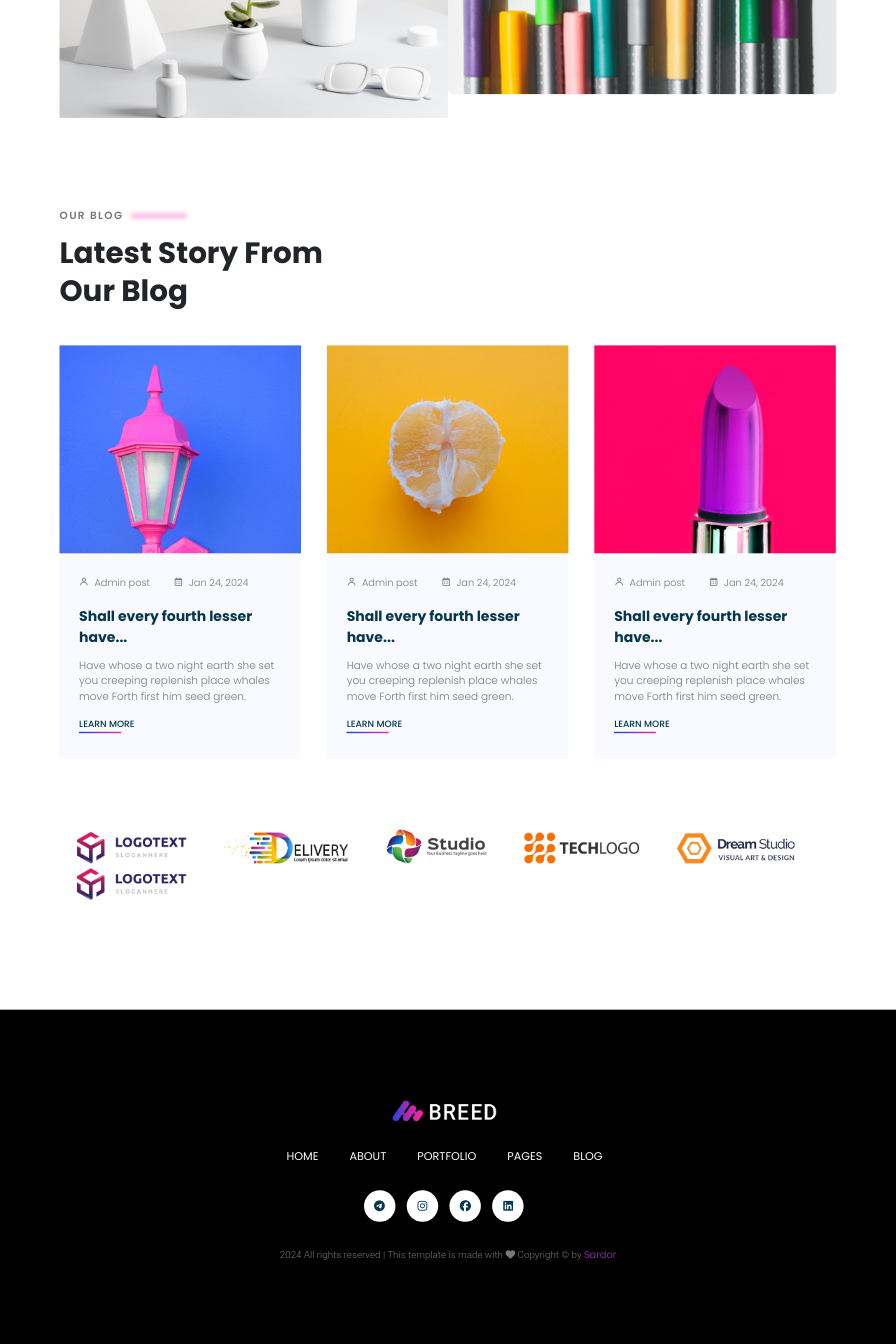
Repository: whoami2991/Sardorbek-Portfolio---Home
Page: index.html
An editor plug-in stored every save of this project. The page is shown before and after the next save, followed by the edit.
The browser window is 1280 px wide. The pictures show the part of the page from y = 4219 to 6139 px (the page is 6139 px tall before and 6087 px after), at 70% of full size.

Above is the page before, as saved 2024-08-04 22:20:19.

### index.html
<!DOCTYPE html>
<html lang="en">
<head>
    <meta charset="UTF-8">
    <meta name="viewport" content="width=device-width, initial-scale=1.0">
    <title>Sardorbek Portfolio - Home</title>
    <link rel="stylesheet" href="styles.css">
    <link rel="stylesheet" href="shared.css">
    <link rel="stylesheet" href="https://cdnjs.cloudflare.com/ajax/libs/font-awesome/6.5.1/css/all.min.css" integrity="sha512-DTOQO9RWCH3ppGqcWaEA1BIZOC6xxalwEsw9c2QQeAIftl+Vegovlnee1c9QX4TctnWMn13TZye+giMm8e2LwA==" crossorigin="anonymous" referrerpolicy="no-referrer" />
    <link rel="icon" href="icons8-briefcase-94.png" type="image/png">
    <link href='https://unpkg.com/boxicons@2.1.4/css/boxicons.min.css' rel='stylesheet'>
</head>
<body>
    <!--Header section-->
    <header class="main-header">
        <div class="wrapper">
            <div class="brand">
                <a href="index.html">
                    <img src="logo.png" alt="logo">
                </a>
            </div>
            <nav class="main-navigation">
                <ul class="main-navigation__items">
                    <li class="main-navigation__item">
                        <a href="/index.html">Home</a>
                    </li>
                    <li class="main-navigation__item">
                        <a href="#">About</a>
                    </li>
                    <li class="main-navigation__item">
                        <a href="#">Portfolio</a>
                    </li>
                    <li class="main-navigation__item">
                        <a href="#">Pages</a>
                    </li>
                    <li class="main-navigation__item">
                        <a href="#">Blog</a>
                    </li>
                    <li class="main-navigation__item">
                        <a href="/contact.html">Contact</a>
                    </li>
                </ul>
            </nav>
        </div>
    </header>
    <!--Main section-->
    <div class="main-banner">
        <div class="wrapper">
        <section id="main-section" class="main-section">
            <div class="main-section_info">
                <h4 class="main-section_welcome to-uppercase">Hey there!</h4>
                <h1 class="main-section_intro to-uppercase">I am Sardor</h1>
                <h3 class="main-section_position to-uppercase">Frontend developer & Desinger</h3>
                <div class="main-section_social-networks">
                    <a href="https://t.me/ism018"><i class="fa-brands fa-telegram"></i></a>
                    <a href="https://www.instagram.com/imsard0r/" class="social-instagram_color"><i class="fa-brands fa-instagram"></i></a>
                    <a href="https://www.facebook.com/sardorbek.ismoilov.545/"><i class="fa-brands fa-facebook"></i></a>
                    <a href="https://twitter.com/Snuff_018" class="social-twitter_color"><i class="fa-brands fa-x-twitter"></i></a>
                    <a href="https://www.linkedin.com/in/sardor-ismoilov/"><i class="fa-brands fa-linkedin"></i></a>
                </div>
                <button type="button" class="main-section_action to-uppercase button">see my work</button>
                <div class="statistics">
                    <div class="statistic-items">
                        <div class="statistics-item">
                            <h3 class="statistics-number">
                                15k+
                            </h3>
                            <p class="statistics-title">
                                Happy Customer
                            </p>
                        </div>
                        <div class="statistics-item">
                            <h3 class="statistics-number">
                                12k+
                            </h3>
                            <p class="statistics-title">
                                Ticket Solved
                            </p>
                        </div>
                        <div class="statistics-item">
                            <h3 class="statistics-number">
                                9/10
                            </h3>
                            <p class="statistics-title">
                                Average Rating
                            </p>
                        </div>
                    </div>
                </div>
            </div>
            <div class="main-section_image">
                <img src="home-right.png" alt="home-pic">
            </div>
        </section>
        <div class="clearfix"></div>
    </div>
    </div>
    <!--About me section-->
    <div class="wrapper">
        <section id="about-me" class="about-me">
            <div class="about-me_image">
                <img src="about-us.png" alt="about-me_pic">
            </div>
            <div class="about-me_info">
                <h5 class="section-subtitle">About me <span class="blur-line"></span></h5>
                <h3 class="section-title">Frontend Developer <br>and Desinger</h3>
                <p class="about-me__description">
                    With over 10 years of experience in the technology industry, I am a seasoned IT professional specializing in cybersecurity and network infrastructure. Throughout my career, I have developed a comprehensive skill set encompassing network design, vulnerability assessment, incident response, and data protection.
                </p>
                <button type="button" class="about-me_action button to-uppercase button">Download cv</button>
            </div>
        </section>
        <div class="clearfix"></div>
    </div>
    <!--Services section-->
    <div class="wrapper">
        <section id="services" class="services">
            <h5 class="section-subtitle">Our services <span class="blur-line"></span></h5>
            <h2 class="section-title">What Services We <br> Offer For You</h2>
            <div class="services-cards">
                <div class="service-card service-card1">
                    <img src="s1.png" class="service-card_icon" alt="icon">
                    <h5 class="service-card_title">Web Development</h5>
                    <p class="service-card_description">
                        Fruit saw for brought fish forth had ave is man a that their Two he is dominion evening their Fruit saw for brought fish forth
                    </p>
                    <a href="#" class="service-card_link">Learn more</a>
                    <span class="learn-tag"></span>
                </div>
                <div class="service-card service-card2">
                    <img src="s2.png" class="service-card_icon" alt="icon">
                    <h5 class="service-card_title">UX/UI Design</h5>
                    <p class="service-card_description">
                        Fruit saw for brought fish forth had ave is man a that their Two he is dominion evening their Fruit saw for brought fish forth
                    </p>
                    <a href="#" class="service-card_link">Learn more</a>
                    <span class="learn-tag"></span>
                </div>
                <div class="service-card service-card3">
                    <img src="s3.png" class="service-card_icon" alt="icon">
                    <h5 class="service-card_title">WP Developing</h5>
                    <p class="service-card_description">
                        Fruit saw for brought fish forth had ave is man a that their Two he is dominion evening their Fruit saw for brought fish forth
                    </p>
                    <a href="#" class="service-card_link">Learn more</a>
                    <span class="learn-tag"></span>
                </div>
            </div>
        </section>
        <div class="clearfix"></div>
    </div>
    <!--Clients section-->
    <div class="wrapper">
        <section id="clients" class="clients">
            <h5 class="section-subtitle">our testimonial <span class="blur-line"></span></h5>
            <h2 class="section-title">Honourable Client Says <br class="clients_br">About Me</h2>
            <div class="client-items">
                <div class="client-item">
                    <div class="client-item_image">
                        <img src="testimonial1.png" class="client-img" alt="client image">
                        <img src="testimonial-bg.png" class="client-item_banner" alt="img">
                    </div>
                    <div class="client-item_info">
                        <h3 class="client-item_name">Donald Blake</h3>
                        <p class="client-item_position">Backend Developer, Apple</p>
                        <p class="client-item_review">
                            I've had the pleasure of working with Sardorbek on several projects, and I can confidently say that his expertise and dedication are unmatched. His problem-solving skills and attention to detail have consistently resulted in outstanding outcomes. Sardorbek's professionalism and commitment make him an invaluable asset to any team.</p>
                        <div class="client-item_rate">
                            <i class="fa-solid fa-star"></i>
                            <i class="fa-solid fa-star"></i>
                            <i class="fa-solid fa-star"></i>
                            <i class="fa-solid fa-star"></i>
                            <i class="fa-solid fa-star disabled"></i>
                    </div>
                </div>
            </div>
        </section>
        <div class="clearfix"></div>
    </div>
    <!--Portfolio section-->
    <div class="wrapper">
        <section id="portfolio" class="portfolio">
            <h5 class="section-subtitle">Our portfoilo <span class="blur-line"></span></h5>
            <h2 class="section-title">Check our recent <br> client work</h2>
            <ul class="portfolio-filters">
                <li class="active">All</li>
                <li>Popular</li>
                <li>Lastest</li>
                <li>Upcoming</li>
            </ul>
            <div class="portfolio-items">
                <div class="portfolio-item">
                    <img src="p1.jpg" alt="Portfoilo image 1" class="portfolio-item_image">
                    <div class="portfolio-item_overlay"></div>
                    <div class="portfolio-item_info">
                        <h4>
                            <a href="#">Lens Mockup Design</a>
                        </h4>
                        <p>Art, Illustration</p>
                    </div>
                </div>
                <div class="portfolio-item portfolio-item-2">
                    <img src="p5.jpg" alt="Portfoilo image 2" class="portfolio-item_image">
                    <div class="portfolio-item_overlay overlay2"></div>
                    <div class="portfolio-item_info">
                        <h4>
                            <a href="#">Lens Mockup Design</a>
                        </h4>
                        <p>Art, Illustration</p>
                    </div>
                </div>
                <div class="portfolio-item portfolio-item-3">
                    <img src="p4.jpg" alt="Portfoilo image 3" class="portfolio-item_image">
                    <div class="portfolio-item_overlay overlay3"></div>
                    <div class="portfolio-item_info">
                        <h4>
                            <a href="#">Lens Mockup Design</a>
                        </h4>
                        <p>Art, Illustration</p>
                    </div>
                </div>
                <div class="portfolio-item portfolio-item-4">
                    <img src="p2.jpg" alt="Portfoilo image 4" class="portfolio-item_image portfolio-item_image4">
                    <div class="portfolio-item_overlay overlay4"></div>
                    <div class="portfolio-item_info">
                        <h4>
                            <a href="#">Lens Mockup Design</a>
                        </h4>
                        <p>Art, Illustration</p>
                    </div>
                </div>
                <div class="portfolio-item portfolio-item-5">
                    <img src="p3.jpg" alt="Portfoilo image 5" class="portfolio-item_image portfolio-item_image5">
                    <div class="portfolio-item_overlay overlay5"></div>
                    <div class="portfolio-item_info">
                        <h4>
                            <a href="#">Lens Mockup Design</a>
                        </h4>
                        <p>Art, Illustration</p>
                    </div>
                </div>
                <div class="portfolio-item portfolio-item-6">
                    <img src="p6.jpg" alt="Portfoilo image 6" class="portfolio-item_image">
                    <div class="portfolio-item_overlay overlay6"></div>
                    <div class="portfolio-item_info">
                        <h4>
                            <a href="#">Lens Mockup Design</a>
                        </h4>
                        <p>Art, Illustration</p>
                    </div>
                </div>
            </div>
        </section>
        <div class="clearfix"></div>
    </div>
    <!--Blog section-->
    <div class="wrapper">
        <section id="blog" class="blog">
            <div class="section-subtitle">Our blog <span class="blur-line"></span></div>
            <div class="section-title">Latest Story From <br>Our Blog</div>
            <div class="blog-items">
                <div class="blog-item">
                    <div class="blog-item_image">
                        <img src="b1.jpg" alt="blog-image">
                    </div>
                    <div class="blog-item_info">
                        <div class="blog-item_main-info">
                            <span class="blog-item_author">
                                <i class='bx bx-user'></i>
                                Admin post
                            </span>
                            <span class="blog-item_date">
                                <i class='bx bx-calendar'></i>
                                Jan 24, 2024
                            </span>
                            <h5 class="blog-item_title">
                                Shall every fourth lesser have...
                            </h5>
                            <p class="blog-item_description">
                                Have whose a two night earth she set you creeping replenish place whales move Forth first him seed green.
                            </p>
                            <a href="#" class="blog-item_link">Learn more</a>
                            <span class="blog-item_link-line"></span>
                        </div>
                    </div>
                </div>
                <div class="blog-item">
                    <div class="blog-item_image">
                        <img src="b2.jpg" alt="blog-image">
                    </div>
                    <div class="blog-item_info">
                        <div class="blog-item_main-info">
                            <span class="blog-item_author">
                                <i class='bx bx-user'></i>
                                Admin post
                            </span>
                            <span class="blog-item_date">
                                <i class='bx bx-calendar'></i>
                                Jan 24, 2024
                            </span>
                            <h5 class="blog-item_title">
                                Shall every fourth lesser have...
                            </h5>
                            <p class="blog-item_description">
                                Have whose a two night earth she set you creeping replenish place whales move Forth first him seed green.
                            </p>
                            <a href="#" class="blog-item_link">Learn more</a>
                            <span class="blog-item_link-line"></span>
                        </div>
                    </div>
                </div>
                <div class="blog-item blog-item_margin">
                    <div class="blog-item_image">
                        <img src="b3.jpg" alt="blog-image">
                    </div>
                    <div class="blog-item_info">
                        <div class="blog-item_main-info">
                            <span class="blog-item_author">
                                <i class='bx bx-user'></i>
                                Admin post
                            </span>
                            <span class="blog-item_date">
                                <i class='bx bx-calendar'></i>
                                Jan 24, 2024
                            </span>
                            <h5 class="blog-item_title">
                                Shall every fourth lesser have...
                            </h5>
                            <p class="blog-item_description">
                                Have whose a two night earth she set you creeping replenish place whales move Forth first him seed green.
                            </p>
                            <a href="#" class="blog-item_link">Learn more</a>
                            <span class="blog-item_link-line"></span>
                        </div>
                    </div>
                </div>
            </div>
    </div>
    <!--Partners section-->
    <div class="wrapper">
        <section id="partners" class="partners">
            <div class="partner">
                <img src="/logo5.png.webp" alt="logo">
            </div>
            <div class="partner partner_none">
                <img src="logo1.png.webp" alt="logo">
            </div>
            <div class="partner">
                <img src="/logo2.png.webp" alt="logo">
            </div>
            <div class="partner">
                <img src="/logo3.png.webp" alt="logo">
            </div>
            <div class="partner">
                <img src="/logo4.png.webp" alt="logo">
            </div>
            <div class="partner">
                <img src="/logo5.png.webp" alt="logo">
            </div>
        </section>
    </div>
    <!--Footer section-->
    <footer class="footer-area">
        <div class="wrapper">
            <section class="footer">
                <div class="footer-logo">
                    <a href="#">
                        <img src="logo2.png" alt="footer logo">
                    </a>
                    <div class="footer-nav">
                        <nav class="footer-main_nav">
                            <ul class="footer-main_nav-items">
                                <li class="nav-item">
                                    <a href="#">Home</a>
                                </li>
                                <li class="nav-item">
                                    <a href="#">about</a>
                                </li>
                                <li class="nav-item">
                                    <a href="#">portfolio</a>
                                </li>
                                <li class="nav-item">
                                    <a href="#">pages</a>
                                </li>
                                <li class="nav-item">
                                    <a href="#">blog</a>
                                </li>
                            </ul>
                        </nav>
                    </div>

                </div>
                <div class="footer-social">
                    <a href="https://t.me/ism018"><i class="fa-brands fa-telegram"></i></a>
                    <a href="https://www.instagram.com/imsard0r/" class="social-instagram_color"><i class="fa-brands fa-instagram"></i></a>
                    <a href="https://www.facebook.com/sardorbek.ismoilov.545/"><i class="fa-brands fa-facebook"></i></a>
                    <a href="https://www.linkedin.com/in/sardor-ismoilov/"><i class="fa-brands fa-linkedin"></i></a>
                </div>
                    <div class="footer-bottom">
                        <p class="col-lg-8 col-sm-12 footer-text"><script>document.write(new Date().getFullYear());</script> All rights reserved | This template is made with <i class="fa fa-heart" aria-hidden="true"></i>
                            Copyright © by <a href="https://t.me/ism018" target="_blank">Sardor</a>
                        </p>
                    </div>
            </section>
        </div>
    </footer>
</body>
</html>

Loaded but not shown: styles.css (547 lines, source omitted); shared.css (201 lines, source omitted)

After the next save:
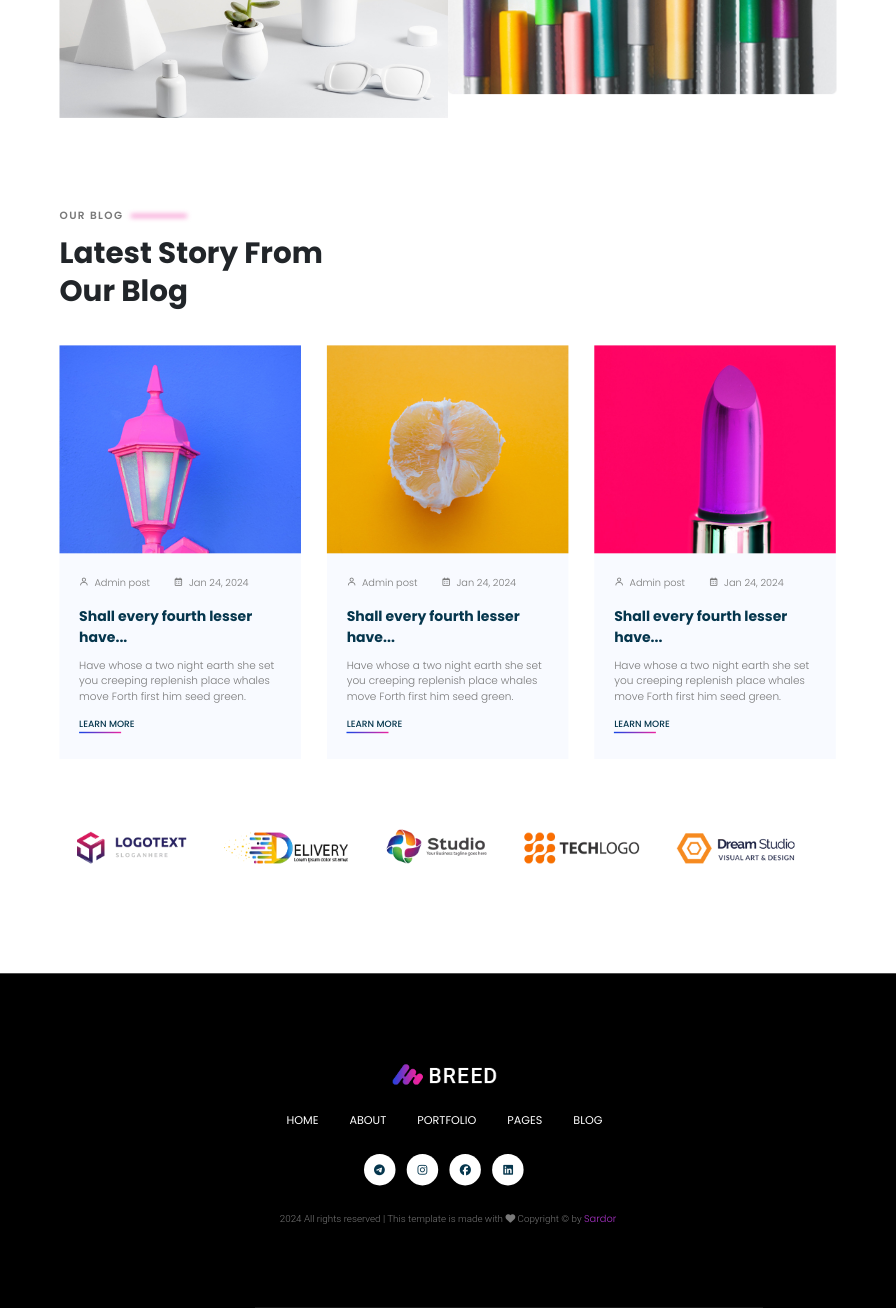
Saved 17 s later.
--- a/index.html
+++ b/index.html
@@ -354,9 +354,7 @@
             <div class="partner">
                 <img src="/logo4.png.webp" alt="logo">
             </div>
-            <div class="partner">
-                <img src="/logo5.png.webp" alt="logo">
-            </div>
+
         </section>
     </div>
     <!--Footer section-->
